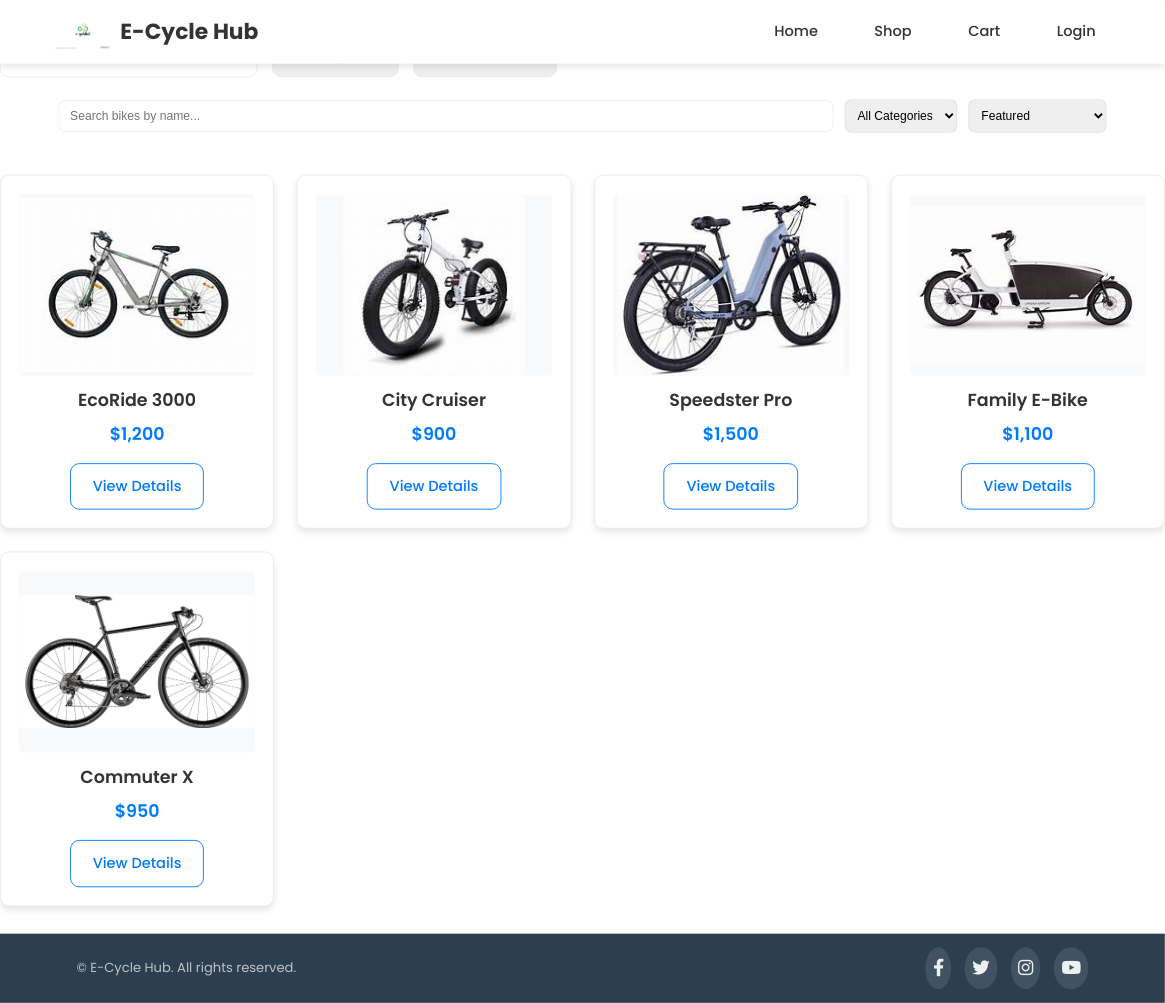
Repository: Rutuja-g/E-Cycle-Hub
Page: public/products.html
These files come from the project's save history. The page is drawn as it stood at one moment and after the next save; the edit follows.
The browser window is 1280 px wide. The pictures show the whole page, at 91% of full size.

Above is the page before, as saved 2025-10-24 16:16:55.
Console error: SyntaxError: Unexpected token 'export'

After the next save:
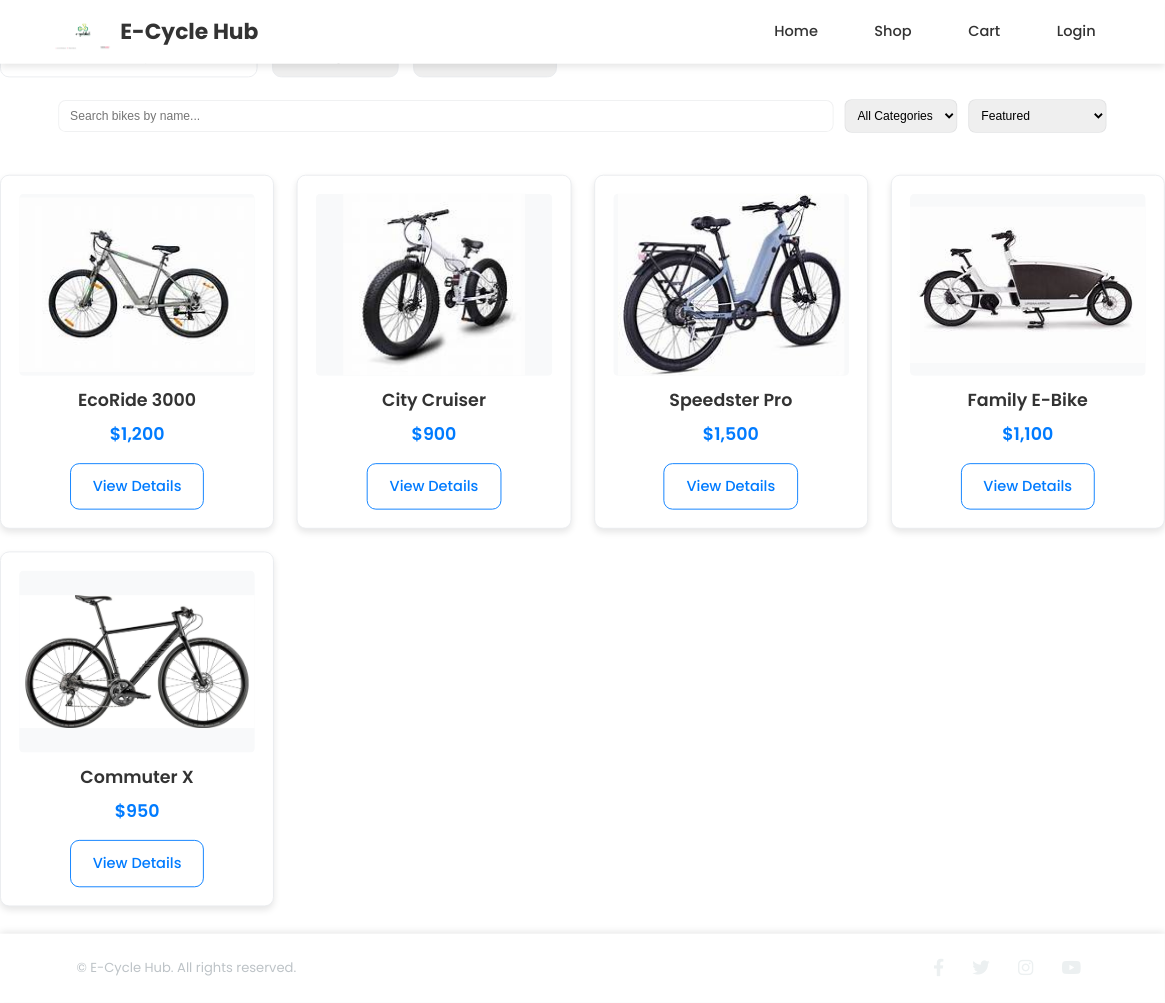
Saved 10 s later.
--- a/public/css/main.css
+++ b/public/css/main.css
@@ -511,10 +511,11 @@ a:hover {
 
 /* Footer styles */
 .footer {
-  background: #2c3e50;
+  background: var(--background-color);
   color: #ecf0f1;
   padding: 15px 0;
   margin-top: auto;
+  box-shadow: 0 -2px 8px rgba(0, 0, 0, 0.1);
 }
 
 .footer-content {
